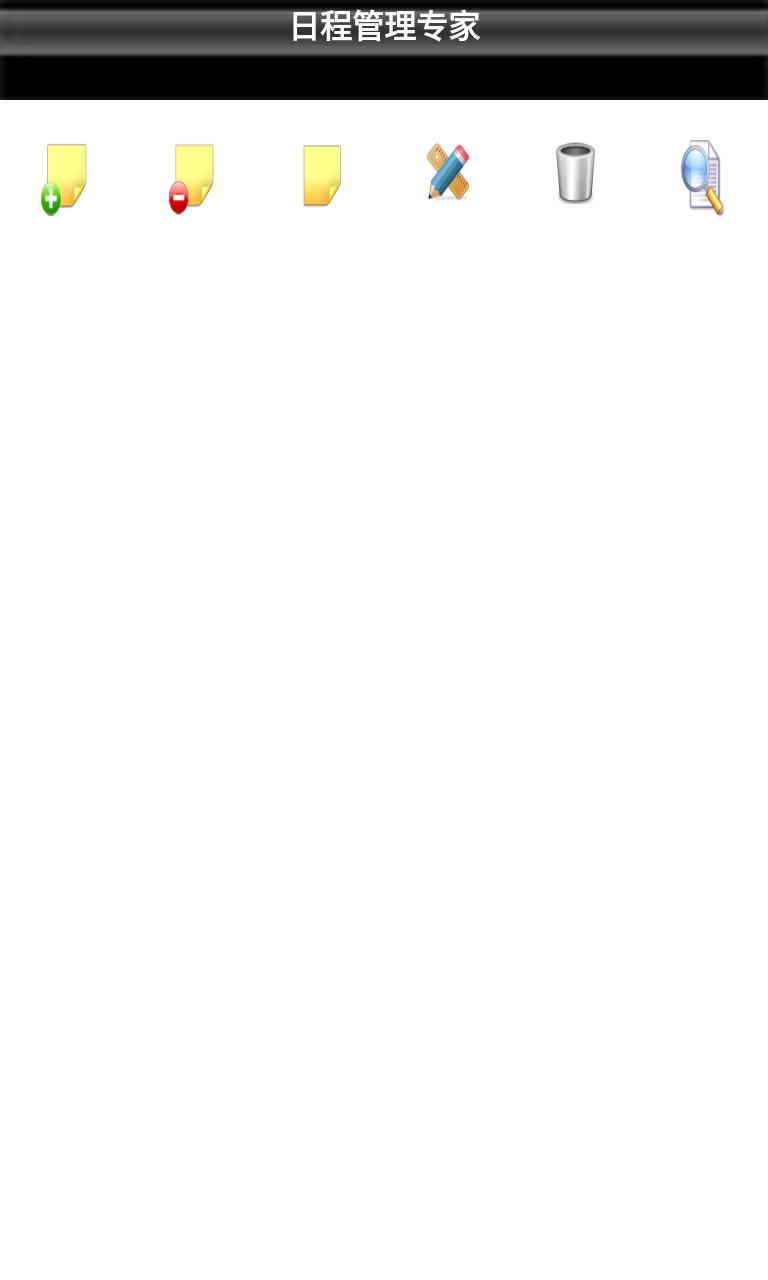
Repository: gogolaile/CoolWeather
Layout: DayDel/res/layout/activity_main.xml
These files come from the project's save history. The layout is drawn as it stood at one moment and after the next save; the edit follows.
It is drawn on a 768 x 1280 px phone screen (xhdpi) without system bars, with theme android:Theme.NoTitleBar.Fullscreen; the app's code is not run.

Above is the layout before, as saved 2015-12-04 09:25:18.

After the next save:
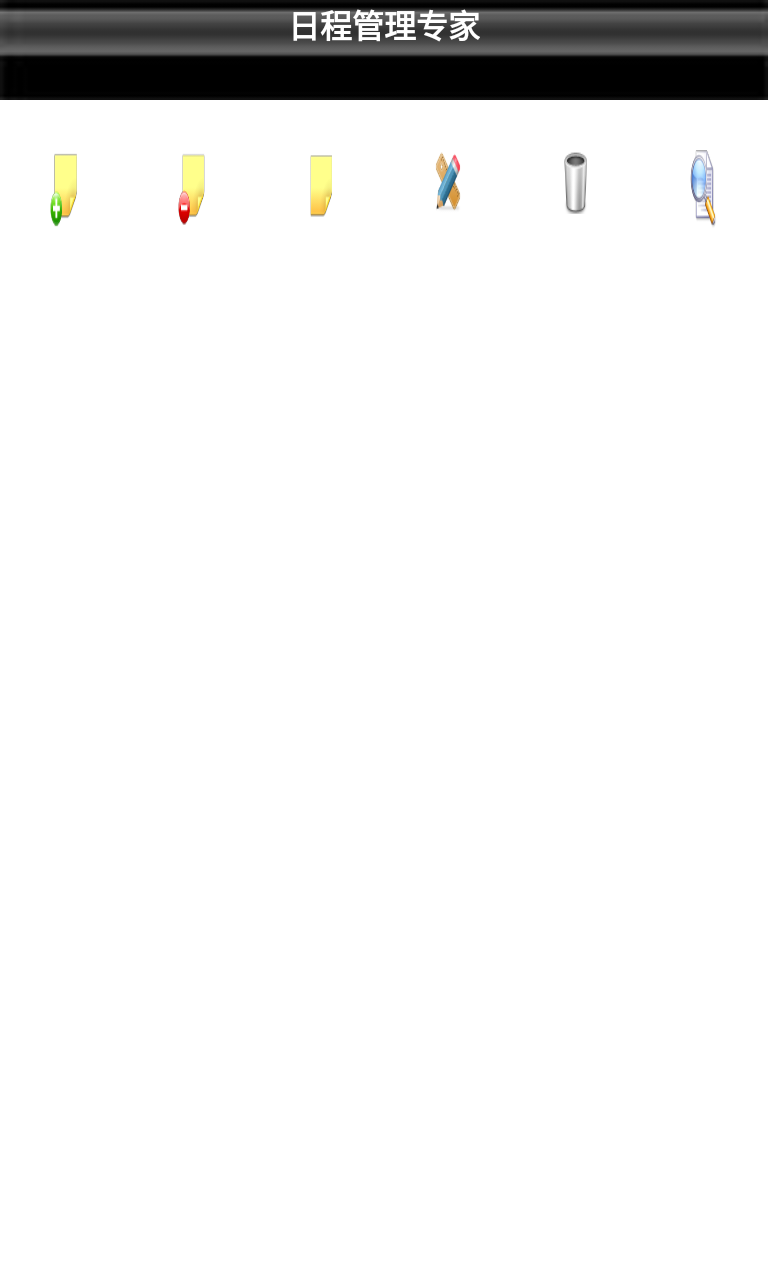
Saved 80 s later.
--- a/DayDel/res/layout/activity_main.xml
+++ b/DayDel/res/layout/activity_main.xml
@@ -27,42 +27,42 @@
              android:layout_width="0dp"
              android:layout_height="wrap_content"
              android:layout_weight="1"
-             android:layout_margin="20dp"
+             android:layout_margin="25dp"
              android:background="@drawable/newone"/>
           <ImageButton
              android:id = "@+id/delete_b"
              android:layout_width="0dp"
              android:layout_height="wrap_content"
              android:layout_weight="1"
-             android:layout_margin="20dp"
+             android:layout_margin="25dp"
              android:background="@drawable/delete"/>
            <ImageButton
              android:id = "@+id/check_b"
              android:layout_width="0dp"
              android:layout_height="wrap_content"
              android:layout_weight="1"
-             android:layout_margin="20dp"
+             android:layout_margin="25dp"
              android:background="@drawable/check"/>
             <ImageButton
              android:id = "@+id/edit_b"
              android:layout_width="0dp"
              android:layout_height="wrap_content"
              android:layout_weight="1"
-             android:layout_margin="20dp"
+             android:layout_margin="25dp"
              android:background="@drawable/edit"/>
            <ImageButton
              android:id = "@+id/deleteall_b"
              android:layout_width="0dp"
              android:layout_height="wrap_content"
              android:layout_weight="1"
-             android:layout_margin="20dp"
+             android:layout_margin="25dp"
              android:background="@drawable/deleteall"/>
            <ImageButton
              android:id = "@+id/search_b"
              android:layout_width="0dp"
              android:layout_height="wrap_content"
              android:layout_weight="1"
-             android:layout_margin="20dp"
+             android:layout_margin="25dp"
              android:background="@drawable/search"/>
      </LinearLayout>
 </LinearLayout>
